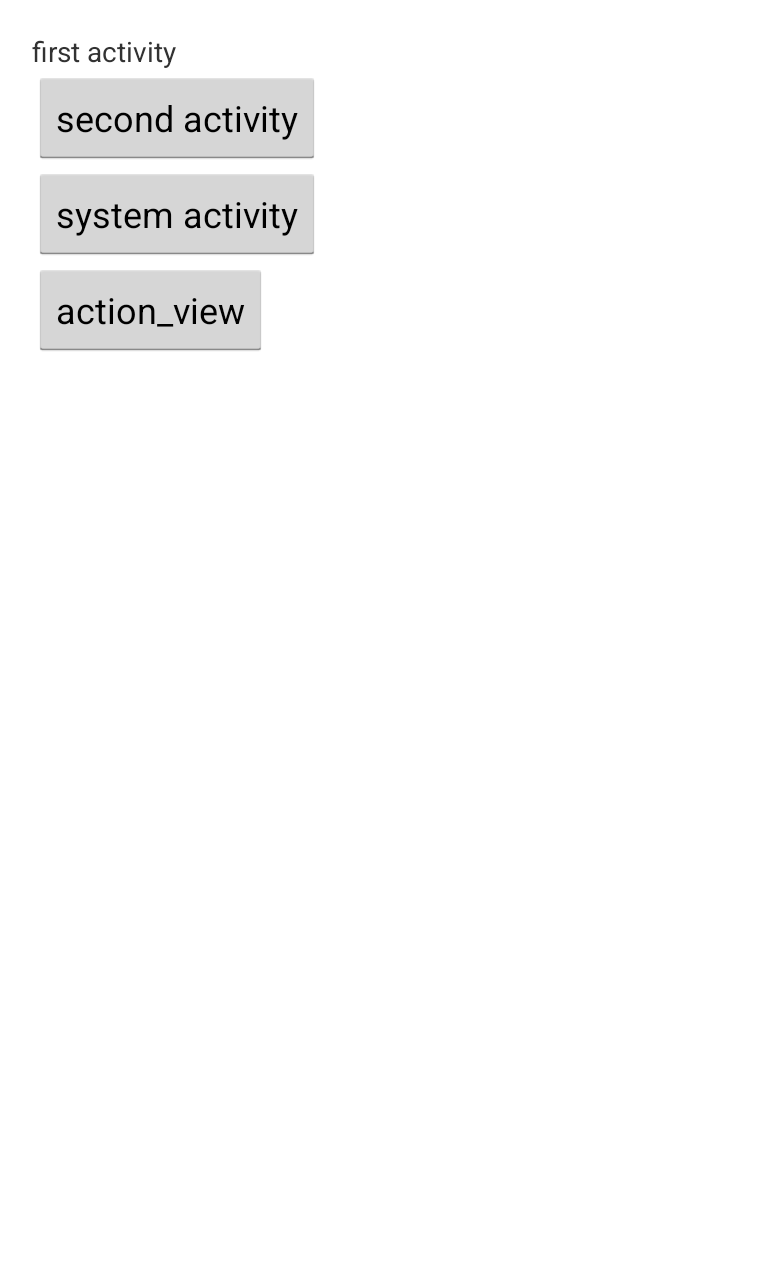
Repository: DongHuaLu/android
Layout: 23TwoActivity/res/layout/activity_main.xml
These files come from the project's save history. The layout is drawn as it stood at one moment and after the next save; the edit follows.
It is drawn on a 768 x 1280 px phone screen (xhdpi) without system bars, with theme AppTheme; the app's code is not run.

Above is the layout before, as saved 2013-08-28 08:38:38.

After the next save:
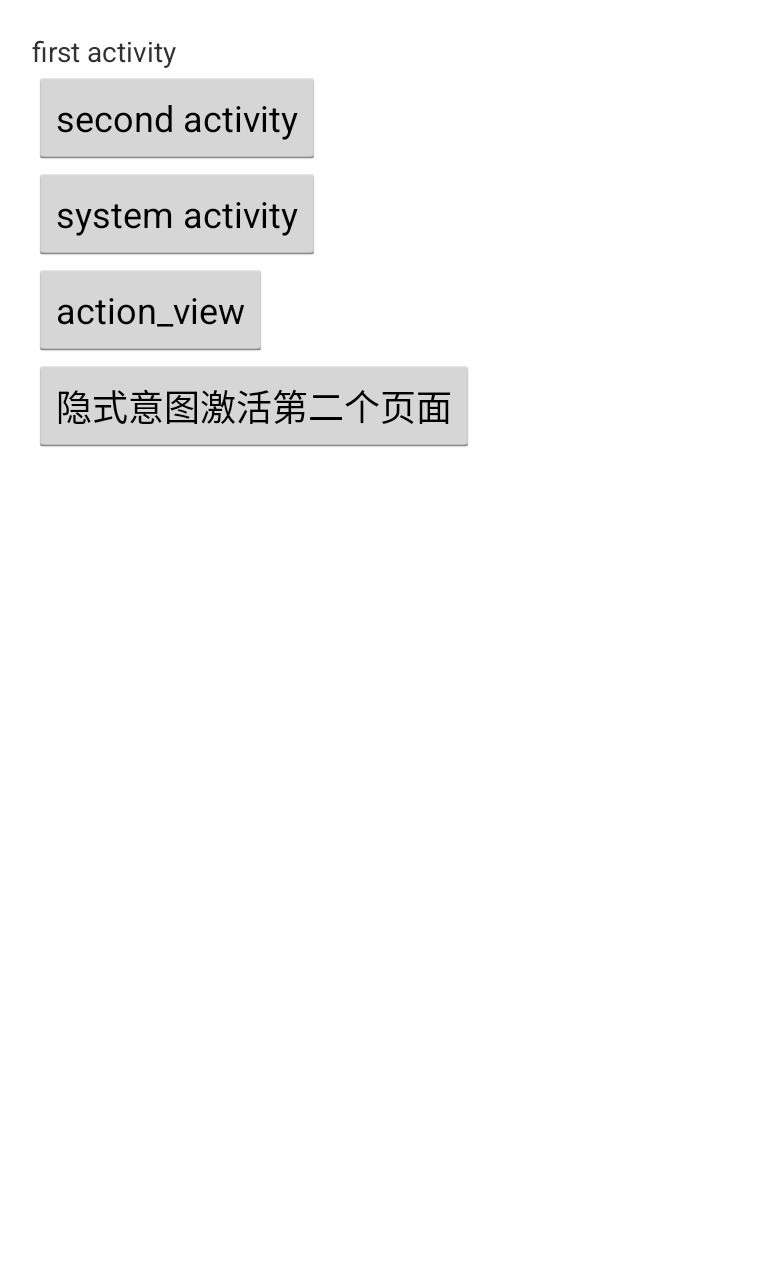
Saved 38 s later.
--- a/23TwoActivity/res/layout/activity_main.xml
+++ b/23TwoActivity/res/layout/activity_main.xml
@@ -34,4 +34,10 @@
         android:layout_height="wrap_content"
         android:text="action_view" />
 
+    <Button
+        android:id="@+id/button3"
+        android:layout_width="wrap_content"
+        android:layout_height="wrap_content"
+        android:text="隐式意图激活第二个页面" />
+
 </LinearLayout>
